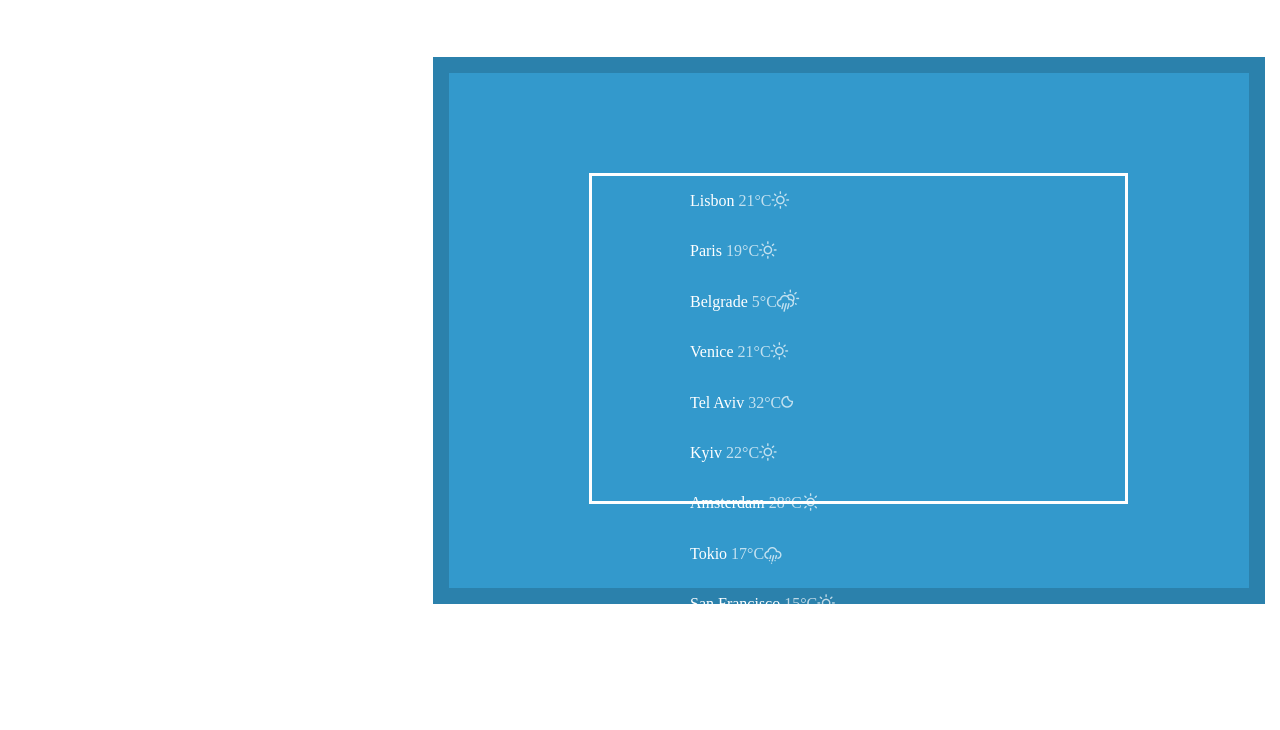
Repository: shpakovskaya/github.io
Page: boxsizing/weatherforecast/index.html
An editor plug-in stored every save of this project. The page is shown before and after the next save, followed by the edit.
The browser window is 1280 px wide. The pictures show the whole page.

Above is the page before, as saved 2021-11-27 21:48:57.

After the next save:
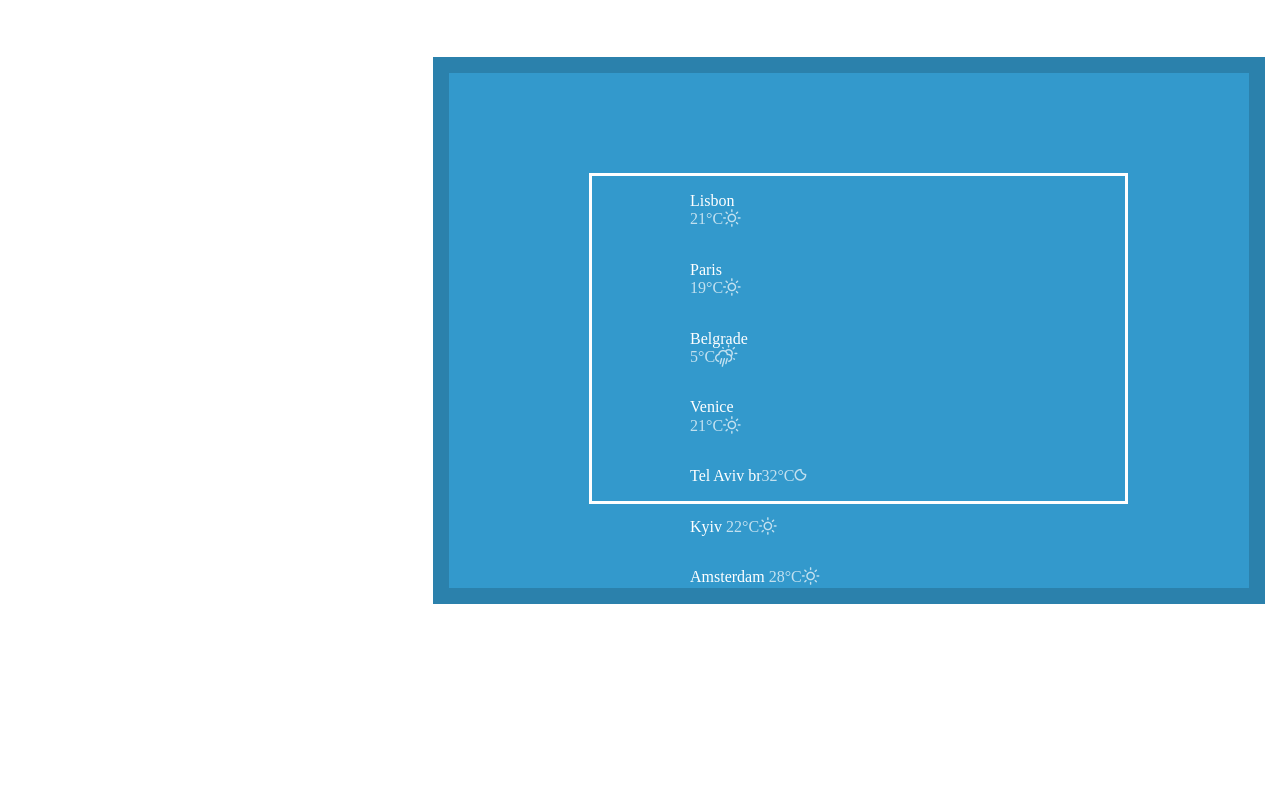
Saved 3 min 38 s later.
--- a/boxsizing/weatherforecast/index.html
+++ b/boxsizing/weatherforecast/index.html
@@ -30,19 +30,19 @@
       <div class="items__wrapper">
         <ul class="c-items__wrapper">
           <li class="e-item">
-            Lisbon <span>21&degC<i class="wi wi-day-sunny"></i></span>
+            Lisbon <br /><span>21&degC<i class="wi wi-day-sunny"></i></span>
           </li>
           <li class="e-item">
-            Paris <span>19&degC<i class="wi wi-day-sunny"></i></span>
+            Paris <br /><span>19&degC<i class="wi wi-day-sunny"></i></span>
           </li>
           <li class="e-item">
-            Belgrade <span>5&degC<i class="wi wi-day-rain"></i></span>
+            Belgrade <br /><span>5&degC<i class="wi wi-day-rain"></i></span>
           </li>
           <li class="e-item">
-            Venice <span>21&degC<i class="wi wi-day-sunny"></i></span>
+            Venice <br /><span>21&degC<i class="wi wi-day-sunny"></i></span>
           </li>
           <li class="e-item">
-            Tel Aviv <span>32&degC<i class="wi wi-night-clear"></i></span>
+            Tel Aviv br<span>32&degC<i class="wi wi-night-clear"></i></span>
           </li>
           <li class="e-item">
             Kyiv <span>22&degC<i class="wi wi-day-sunny"></i> </span>
